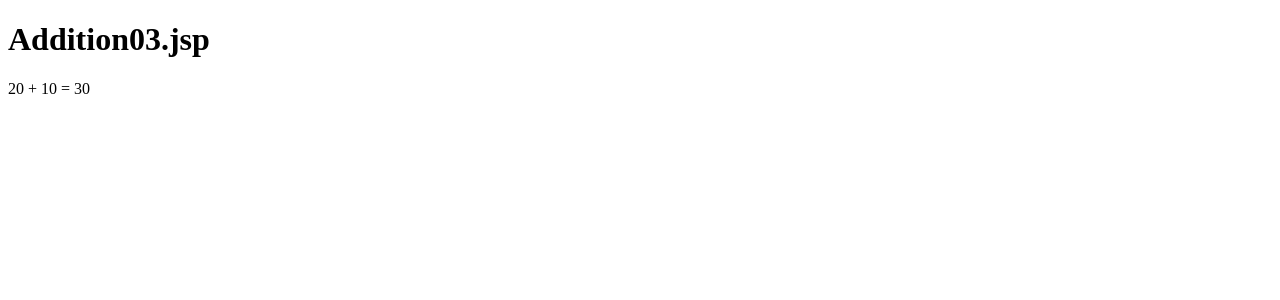
Repository: sinaboro/JSP201310
Page: http://localhost/web-study-01/Add03
These files come from the project's save history. The page is drawn as it stood at one moment and after the next save; the edit follows.
The browser window is 1280 px wide. The pictures show the whole page.
The page is served by Tomcat 9.

Above is the page before, as saved 2023-10-10 03:52:06.

After the next save:
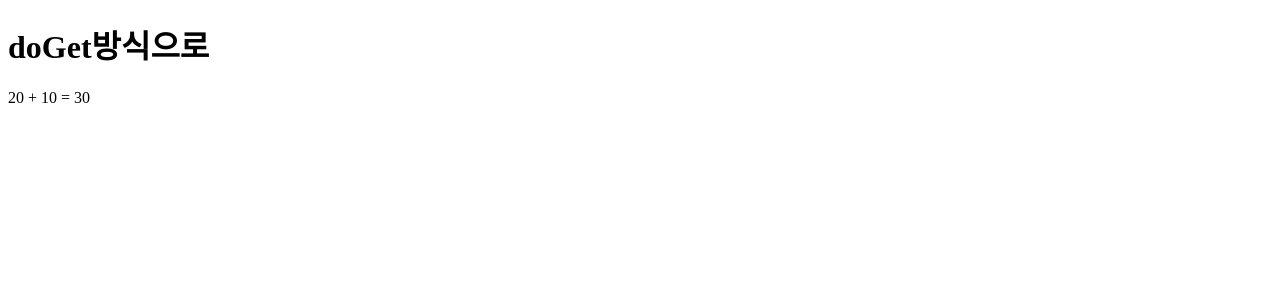
Saved 17 s later.
--- a/web-study-01/src/main/webapp/addition03.jsp
+++ b/web-study-01/src/main/webapp/addition03.jsp
@@ -7,7 +7,7 @@
 <title>Insert title here</title>
 </head>
 <body>
-	<h1>Addition03.jsp</h1>
+	<h1>${msg}</h1>
 
 	${A} + ${B} = ${sum}
 </body>
